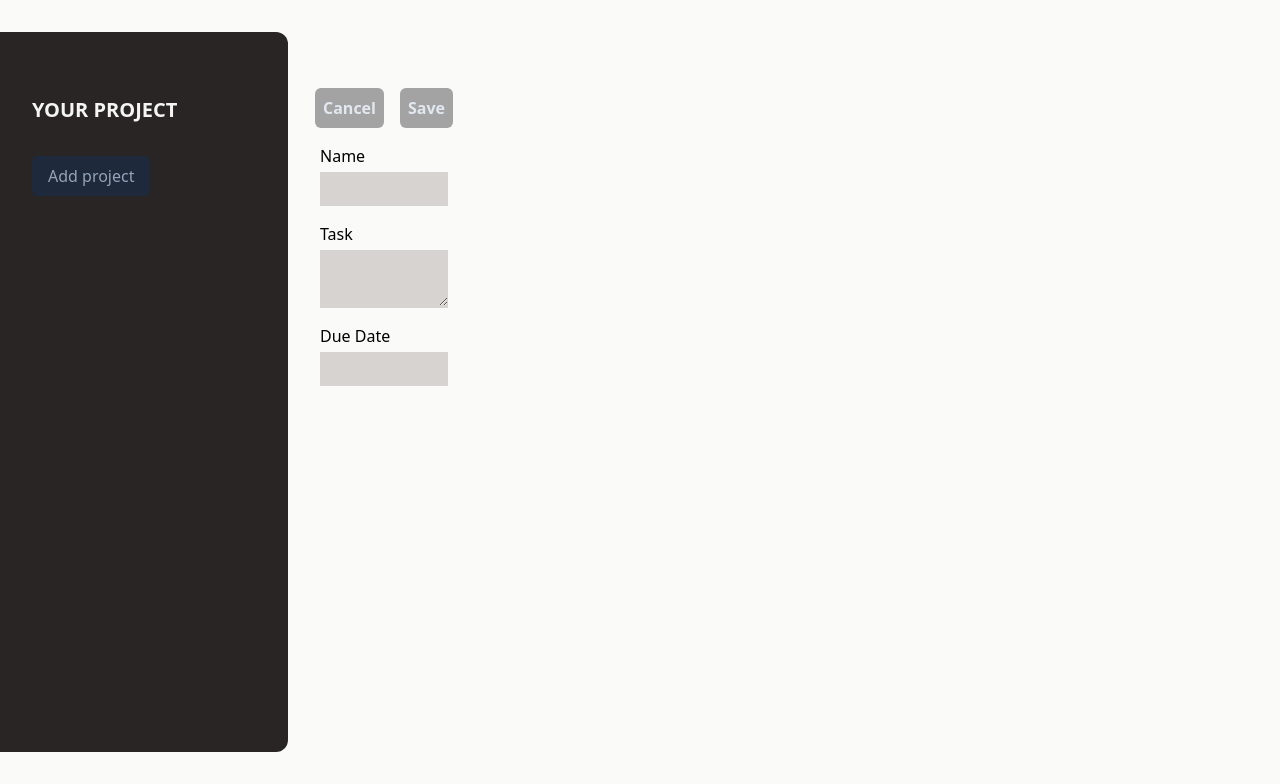
Repository: sibi24sibi/todo-list-using-reactjs
Page: /
The author's editor kept a copy of each file at every save. The page is drawn from the files as they stood at one save, then again after the next save.
The browser window is 1280 px wide. The pictures show the whole page.
The project was rebuilt for these pictures with package versions that can differ from the ones it lists, and the page was loaded fresh each time. Also part of the build but not shown: vite.config.js.

Above is the page before, as saved 2024-06-24 12:18:27.

### src/App.jsx
import NewPoject from "./assets/Components/Input/NewProjects";
import SideBar from "./assets/Components/SideBar/SideBar";

function App() {
  return (
    <>
      <main className="h-screen my-8 flex gap-8">
        <SideBar />
        <NewPoject />
      </main>
    </>
  );
}

export default App;

### src/assets/Components/Input/NewProjects.jsx
import Input from "./Input";

export default function NewPoject() {
  return (
    <div className=" w-32 mt-10">
      <menu className="flex items-center justify-center gap-4 my-4">
        <li>
          <button className="p-2 bg-neutral-400 font-semibold text-slate-200 rounded-md   hover:text-slate-800 hover:bg-red-400 ">
            Cancel
          </button>
        </li>
        <li>
          <button className="p-2 bg-neutral-400 font-semibold text-slate-200 rounded-md hover:text-slate-500 hover:bg-lime-400">
            Save
          </button>
        </li>
      </menu>
      <div>
        <Input label="Name" textarea={false} />
        <Input label="Task" textarea />
        <Input label="Due Date" textarea={false} />
      </div>
    </div>
  );
}

### src/assets/Components/SideBar/SideBar.jsx
export default function SideBar() {
  return (
    <aside className="w-1/3 px-8 py-16 bg-stone-800 text-stone-50 md:w-72 rounded-r-xl">
      <h2 className="mb-8 font-bold uppercase md:text-xl text-stone-100">
        your project
      </h2>
      <div>
        <button className="px-4 py-2 text-slate-400 hover:text-slate-900 md:text-base rounded-md bg-slate-800 hover:bg-slate-400">
          Add project
        </button>
      </div>
      <ul></ul>
    </aside>
  );
}

### src/assets/Components/Input/Input.jsx
export default function Input({ label, textarea, ...props }) {
  const inputClasses =
    "text-stone-600 focus:outline-none focus:border-stone-600 w-full p-1 border-b-2 border-stone-300  bg-stone-300";
  return (
    <div className="flex flex-col gap-1 my-4  ">
      <label className="font-normal">{label}</label>
      {textarea ? (
        <textarea className={inputClasses} {...props}></textarea>
      ) : (
        <input className={inputClasses} {...props}></input>
      )}
    </div>
  );
}

Loaded but not shown: index.html (common file); src/main.jsx (common file); src/index.css (common file); tailwind.config.js (common file)

After the next save:
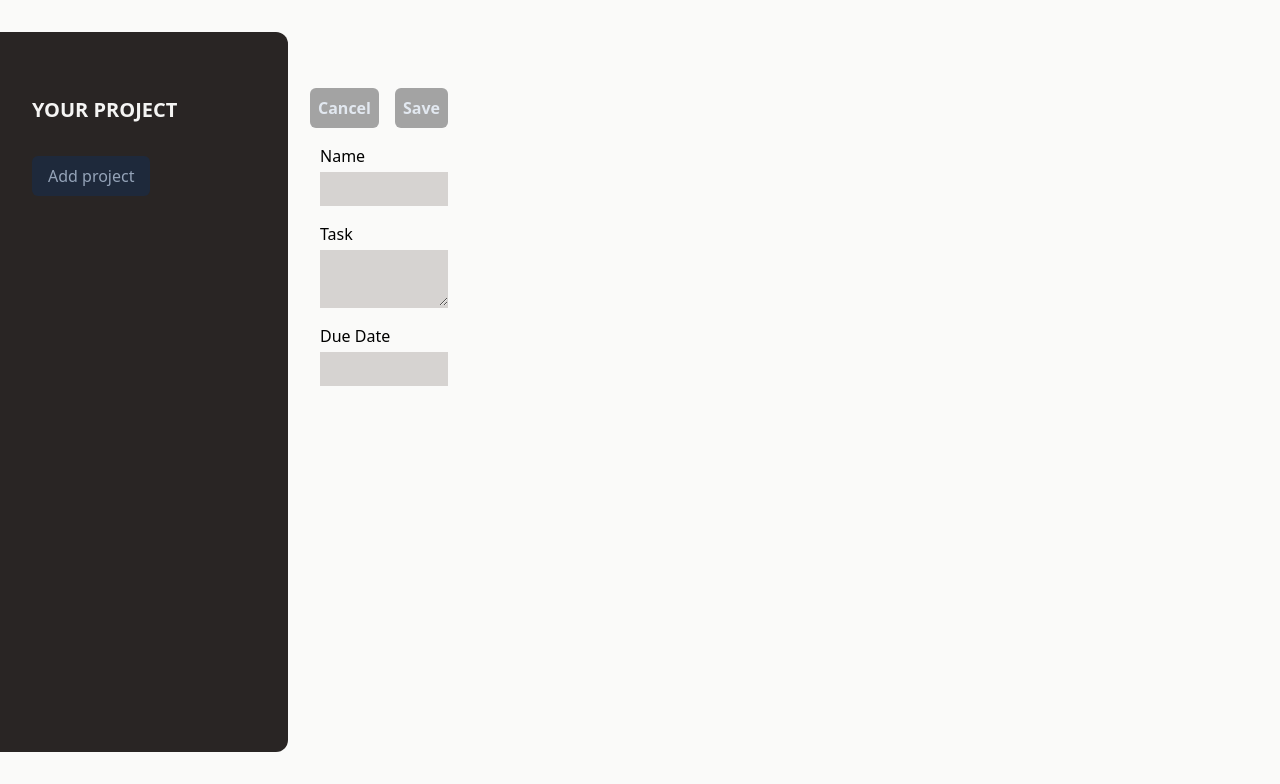
Saved 70 s later.
--- a/src/assets/Components/Input/NewProjects.jsx
+++ b/src/assets/Components/Input/NewProjects.jsx
@@ -3,7 +3,7 @@ import Input from "./Input";
 export default function NewPoject() {
   return (
     <div className=" w-32 mt-10">
-      <menu className="flex items-center justify-center gap-4 my-4">
+      <menu className="flex items-center justify-end  gap-4 my-4">
         <li>
           <button className="p-2 bg-neutral-400 font-semibold text-slate-200 rounded-md   hover:text-slate-800 hover:bg-red-400 ">
             Cancel
